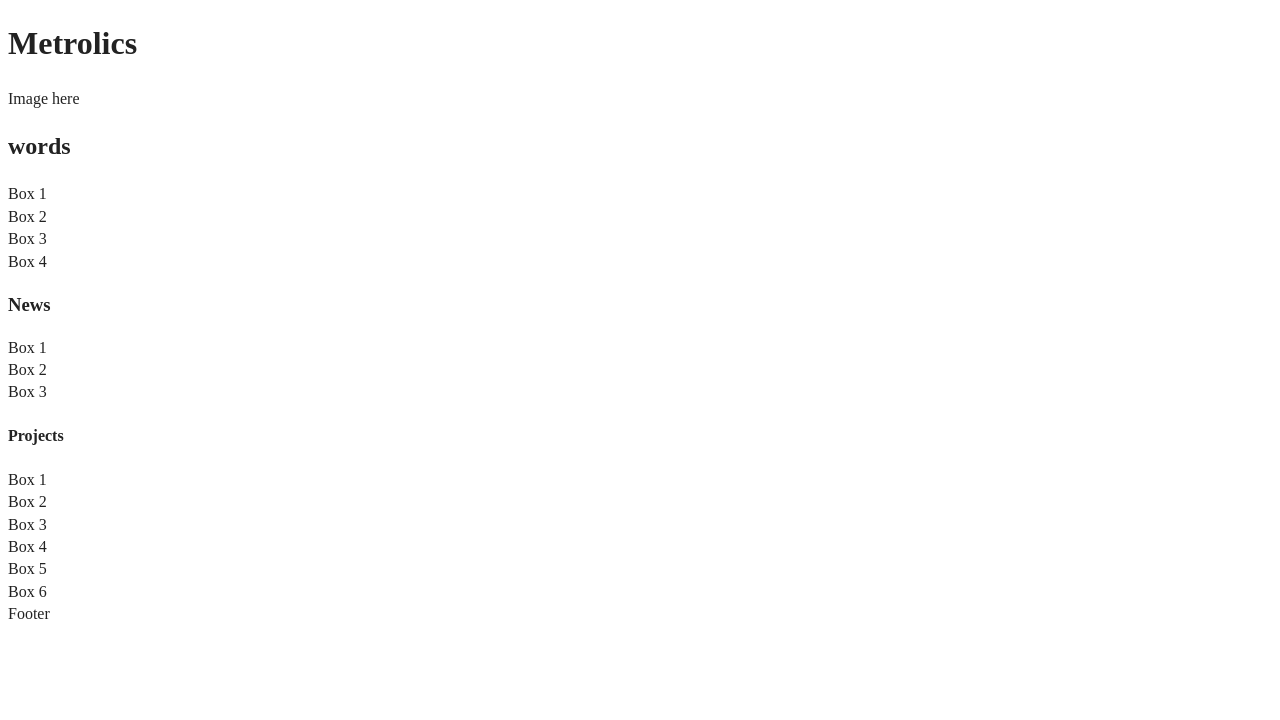
Repository: Jennica1/HTML_Structure
Page: index.html
These files come from the project's save history. The page is drawn as it stood at one moment and after the next save; the edit follows.
The browser window is 1280 px wide. The pictures show the whole page.

Above is the page before, as saved 2024-01-24 17:56:36.

### index.html
<!doctype html>
<html class="no-js" lang="en">

<head>
  <meta charset="utf-8">
  <meta name="viewport" content="width=device-width, initial-scale=1">
  <title></title>
  <link rel="stylesheet" href="css/style.css">
  <meta name="description" content="">

  <meta property="og:title" content="">
  <meta property="og:type" content="">
  <meta property="og:url" content="">
  <meta property="og:image" content="">

  <link rel="icon" href="/favicon.ico" sizes="any">
  <link rel="icon" href="/icon.svg" type="image/svg+xml">
  <link rel="apple-touch-icon" href="icon.png">

  <link rel="manifest" href="site.webmanifest">
  <meta name="theme-color" content="#fafafa">
</head>

    <body class="page">
      <header class="page__header">
        <div class="outter-container">
          <div class="content-container title">
            <h1>Metrolics</h1>
          </div>
          <div class="content-container image">
            Image here
          </div>
        </div>
      </header>

      <div class="page__description">
        <div class="outter-container">
          <div class="content-container title">
            <h2>words</h2>
              <div class="content-container box">
               Box 1
              </div>
                <div class="content-container box">
                  Box 2
                </div>
                  <div class="content-container box">
                    Box 3
                </div>
                    <div class="content-container box">
                      Box 4
                    </div>

          </div>
        </div>
      </div>

      <div class="page__information">
        <div class="outter-container">
          <div class="content-container title">
            <h3>News</h3>
            <div class="content-container news-box">
              Box 1
             </div>
               <div class="content-container news-box">
                 Box 2
               </div>
                 <div class="content-container news-box">
                   Box 3
               </div>
          </div>
        </div>
      </div>
      <div class="page__information">
        <div class="outter-container">
          <div class="content-container title">
            <h4>Projects</h4>
              <div class="content-container project-box">
                Box 1
              </div>
                <div class="content-container project-box">
                  Box 2
                </div>
                  <div class="content-container project-box">
                    Box 3
                  </div>
                    <div class="content-container project-box">
                      Box 4
                    </div>
                      <div class="content-container project-box">
                        Box 5
                      </div>
                        <div class="content-container project-box">
                          Box 6
                        </div>
          </div>
        </div>
      </div>



    <footer class="pageFooter">
      <div class="outterContainer">
        <div class="contentContainer">
          Footer
        </div>
      </div>
    </footer>

  <script src="js/app.js"></script>

</body>

</html>

### css/style.css
/*! HTML5 Boilerplate v9.0.0-RC1 | MIT License | https://html5boilerplate.com/ */

/* main.css 3.0.0 | MIT License | https://github.com/h5bp/main.css#readme */
/*
 * What follows is the result of much research on cross-browser styling.
 * Credit left inline and big thanks to Nicolas Gallagher, Jonathan Neal,
 * Kroc Camen, and the H5BP dev community and team.
 */

/* ==========================================================================
   Base styles: opinionated defaults
   ========================================================================== */

html {
  color: #222;
  font-size: 1em;
  line-height: 1.4;
}

/*
 * Remove text-shadow in selection highlight:
 * https://twitter.com/miketaylr/status/12228805301
 *
 * Customize the background color to match your design.
 */

::-moz-selection {
  background: #b3d4fc;
  text-shadow: none;
}

::selection {
  background: #b3d4fc;
  text-shadow: none;
}

/*
 * A better looking default horizontal rule
 */

hr {
  display: block;
  height: 1px;
  border: 0;
  border-top: 1px solid #ccc;
  margin: 1em 0;
  padding: 0;
}

/*
 * Remove the gap between audio, canvas, iframes,
 * images, videos and the bottom of their containers:
 * https://github.com/h5bp/html5-boilerplate/issues/440
 */

audio,
canvas,
iframe,
img,
svg,
video {
  vertical-align: middle;
}

/*
 * Remove default fieldset styles.
 */

fieldset {
  border: 0;
  margin: 0;
  padding: 0;
}

/*
 * Allow only vertical resizing of textareas.
 */

textarea {
  resize: vertical;
}

/* ==========================================================================
   Author's custom styles
   ========================================================================== */

/* ==========================================================================
   Helper classes
   ========================================================================== */

/*
 * Hide visually and from screen readers
 */

.hidden,
[hidden] {
  display: none !important;
}

/*
 * Hide only visually, but have it available for screen readers:
 * https://snook.ca/archives/html_and_css/hiding-content-for-accessibility
 *
 * 1. For long content, line feeds are not interpreted as spaces and small width
 *    causes content to wrap 1 word per line:
 *    https://medium.com/@jessebeach/beware-smushed-off-screen-accessible-text-5952a4c2cbfe
 */

.visually-hidden {
  border: 0;
  clip: rect(0, 0, 0, 0);
  height: 1px;
  margin: -1px;
  overflow: hidden;
  padding: 0;
  position: absolute;
  white-space: nowrap;
  width: 1px;
  /* 1 */
}

/*
 * Extends the .visually-hidden class to allow the element
 * to be focusable when navigated to via the keyboard:
 * https://www.drupal.org/node/897638
 */

.visually-hidden.focusable:active,
.visually-hidden.focusable:focus {
  clip: auto;
  height: auto;
  margin: 0;
  overflow: visible;
  position: static;
  white-space: inherit;
  width: auto;
}

/*
 * Hide visually and from screen readers, but maintain layout
 */

.invisible {
  visibility: hidden;
}

/*
 * Clearfix: contain floats
 *
 * The use of `table` rather than `block` is only necessary if using
 * `::before` to contain the top-margins of child elements.
 */

.clearfix::before,
.clearfix::after {
  content: "";
  display: table;
}

.clearfix::after {
  clear: both;
}

/* ==========================================================================
   EXAMPLE Media Queries for Responsive Design.
   These examples override the primary ('mobile first') styles.
   Modify as content requires.
   ========================================================================== */

@media only screen and (min-width: 35em) {
  /* Style adjustments for viewports that meet the condition */
}

@media print,
  (-webkit-min-device-pixel-ratio: 1.25),
  (min-resolution: 1.25dppx),
  (min-resolution: 120dpi) {
  /* Style adjustments for high resolution devices */
}

/* ==========================================================================
   Print styles.
   Inlined to avoid the additional HTTP request:
   https://www.phpied.com/delay-loading-your-print-css/
   ========================================================================== */

@media print {
  *,
  *::before,
  *::after {
    background: #fff !important;
    color: #000 !important;
    /* Black prints faster */
    box-shadow: none !important;
    text-shadow: none !important;
  }

  a,
  a:visited {
    text-decoration: underline;
  }

  a[href]::after {
    content: " (" attr(href) ")";
  }

  abbr[title]::after {
    content: " (" attr(title) ")";
  }

  /*
   * Don't show links that are fragment identifiers,
   * or use the `javascript:` pseudo protocol
   */
  a[href^="#"]::after,
  a[href^="javascript:"]::after {
    content: "";
  }

  pre {
    white-space: pre-wrap !important;
  }

  pre,
  blockquote {
    border: 1px solid #999;
    page-break-inside: avoid;
  }

  tr,
  img {
    page-break-inside: avoid;
  }

  p,
  h2,
  h3 {
    orphans: 3;
    widows: 3;
  }

  h2,
  h3 {
    page-break-after: avoid;
  }
}

Loaded but not shown: js/app.js (no stored copy; drawn as an empty file)

After the next save:
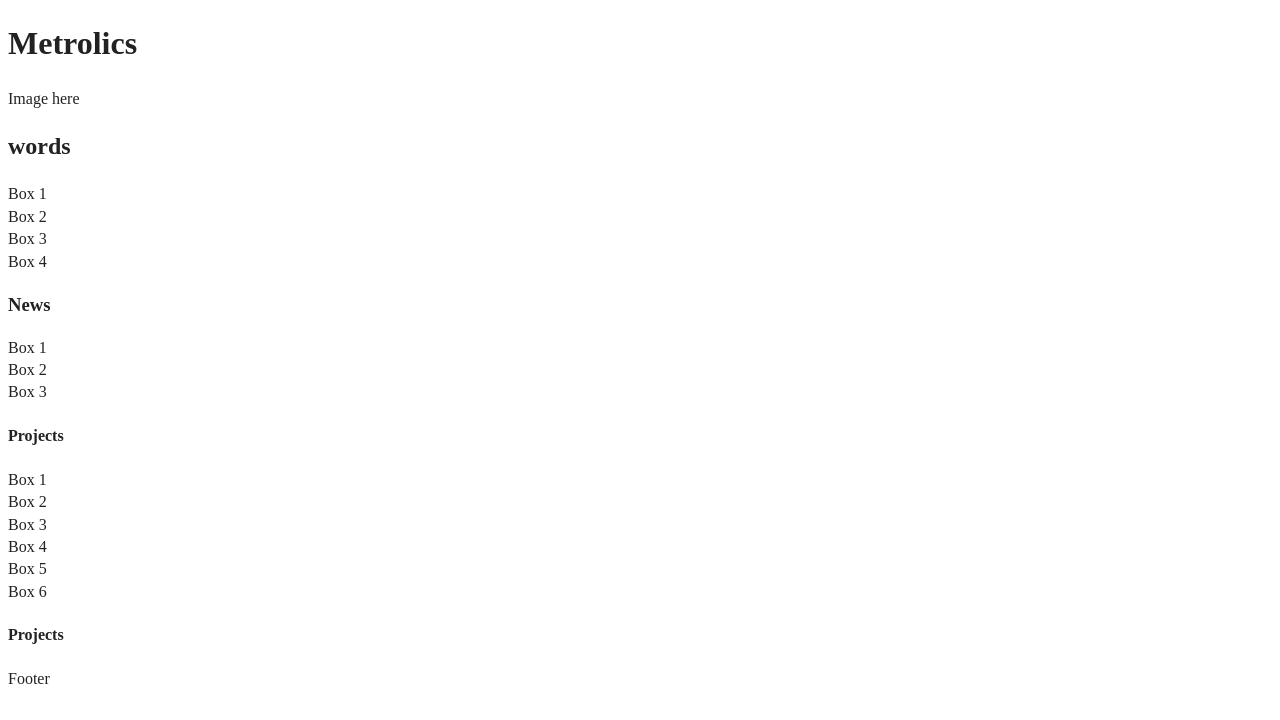
Saved 2 min 31 s later.
--- a/index.html
+++ b/index.html
@@ -70,6 +70,7 @@
           </div>
         </div>
       </div>
+
       <div class="page__information">
         <div class="outter-container">
           <div class="content-container title">
@@ -96,6 +97,13 @@
         </div>
       </div>
 
+      <div class="page__information">
+        <div class="outter-container">
+          <div class="content-container title">
+            <h4>Projects</h4>
+          </div>
+        </div>
+      </div>
 
 
     <footer class="pageFooter">
